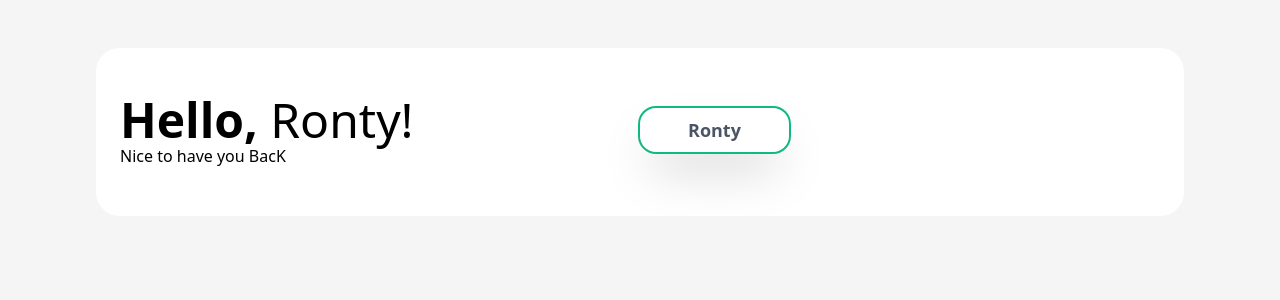
Repository: coolronts/Vite-Tailwind
Page: /
The author's editor kept a copy of each file at every save. The page is drawn from the files as they stood at one save, then again after the next save.
The browser window is 1280 px wide. The pictures show the whole page.
The project was rebuilt for these pictures with package versions that can differ from the ones it lists, and the page was loaded fresh each time. Also part of the build but not shown: vite.config.js, src/components/Card/index.jsx.

Above is the page before, as saved 2021-11-26 07:10:02.

After the next save:
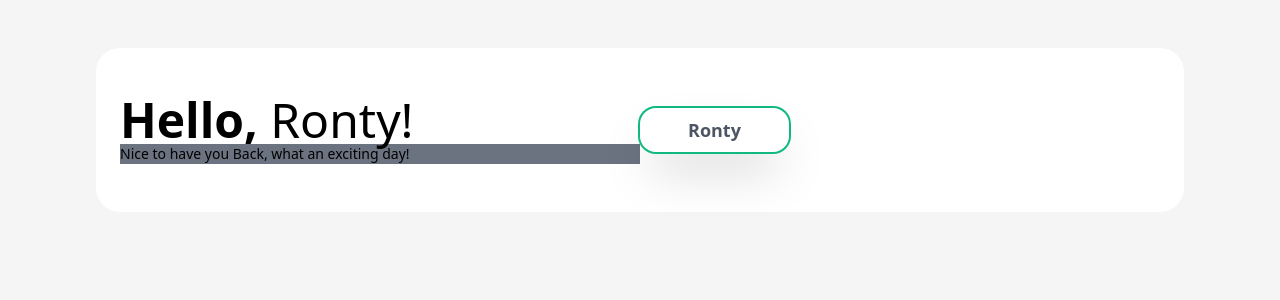
Saved 25 s later.
--- a/src/App.jsx
+++ b/src/App.jsx
@@ -14,7 +14,7 @@ function App() {
         <div id="left">
           <div>
             <h3 className="text-5xl font-sans font-bold">Hello, <span className="font-light">Ronty!</span> </h3>
-            <h5>Nice to have you BacK</h5>
+            <h5 className="text-sm bg-gray-500">Nice to have you Back, what an exciting day!</h5>
           </div>
 
         </div>
